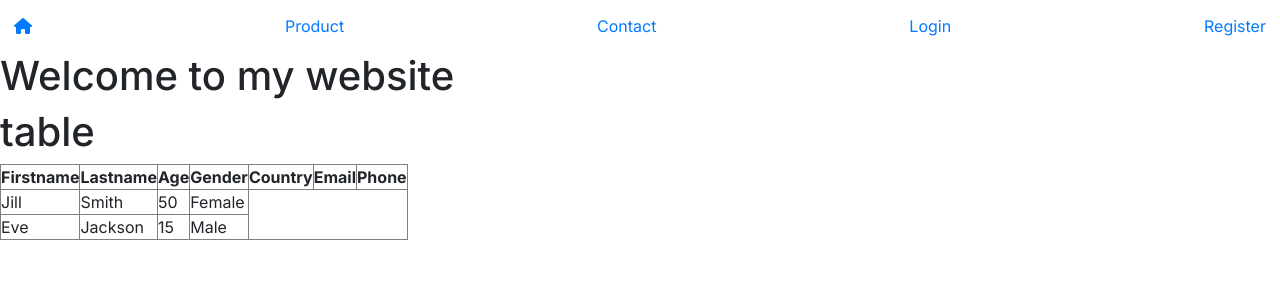
Repository: bao2222/hoc-lam-web
Page: About-me.html
An editor plug-in stored every save of this project. The page is shown before and after the next save, followed by the edit.
The browser window is 1280 px wide. The pictures show the whole page.

Above is the page before, as saved 2025-01-23 19:33:08.

After the next save:
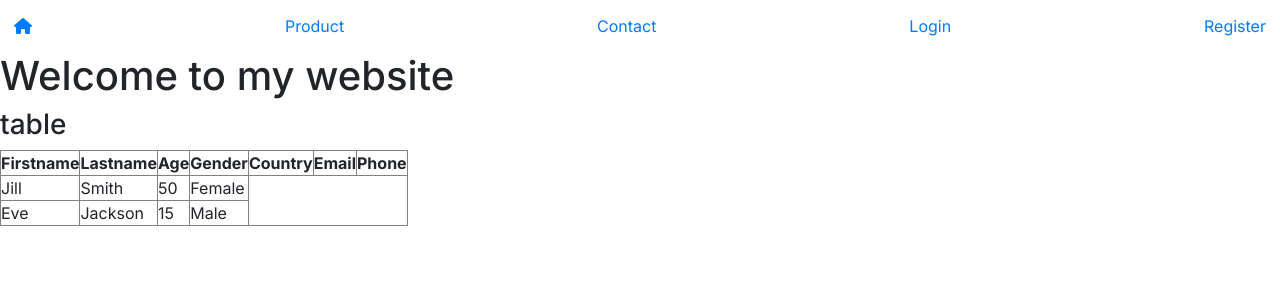
Saved 36 s later.
--- a/About-me.html
+++ b/About-me.html
@@ -41,7 +41,7 @@
         </header>
         <main>
             <h1>Welcome to my website</h1>
-            <h1>table</h1>
+            <h3>table</h3>
             <table style="width:100%, height:100%" border>
                 <tr>
                     <th>Firstname</th>
